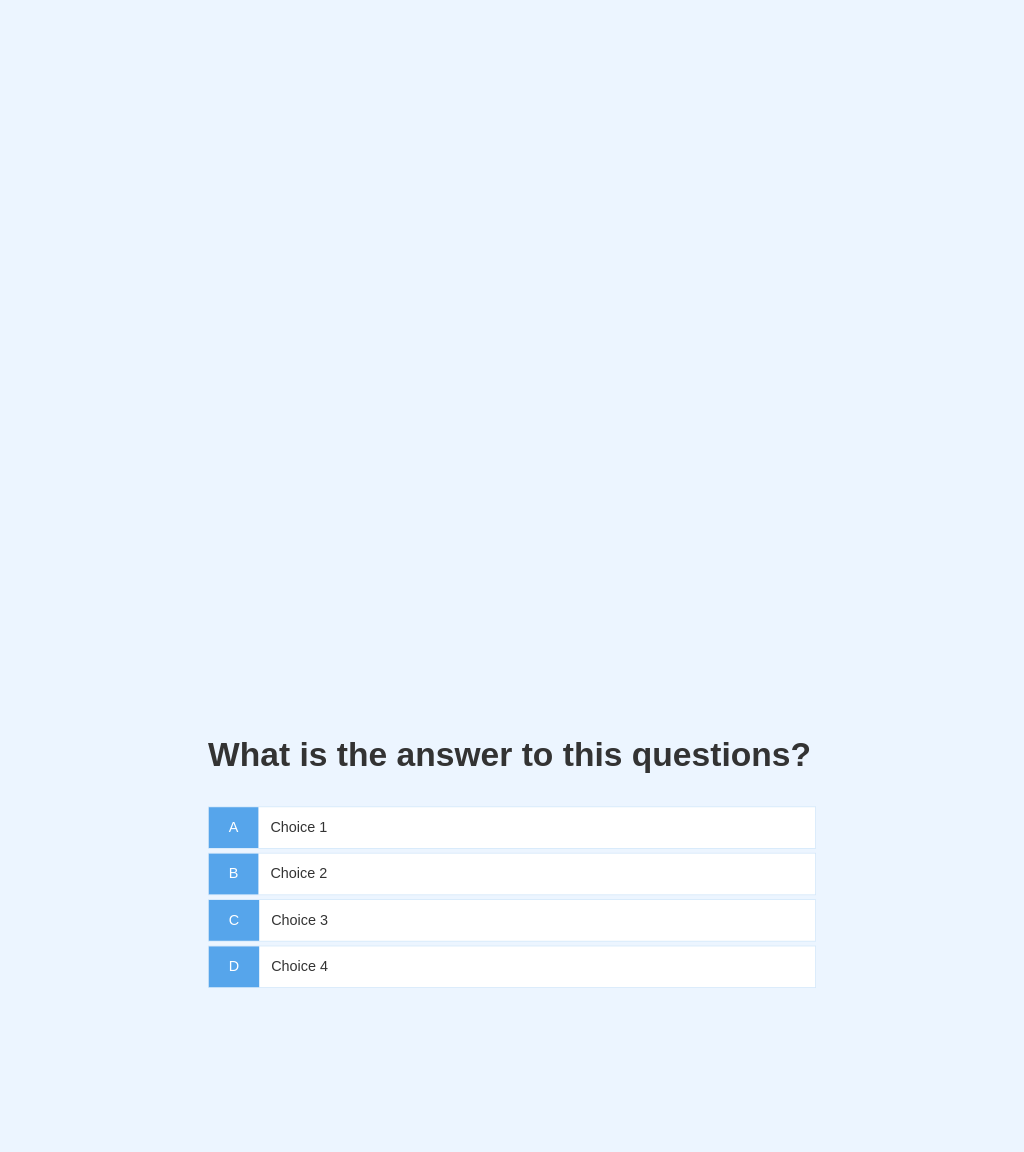
Repository: Q1ngQode/Briana-s-Quiz-App
Page: index.html
These files come from the project's save history. The page is drawn as it stood at one moment and after the next save; the edit follows.
The browser window is 1280 px wide. The pictures show the whole page, at 80% of full size.

Above is the page before, as saved 2022-08-08 22:34:50.

After the next save:
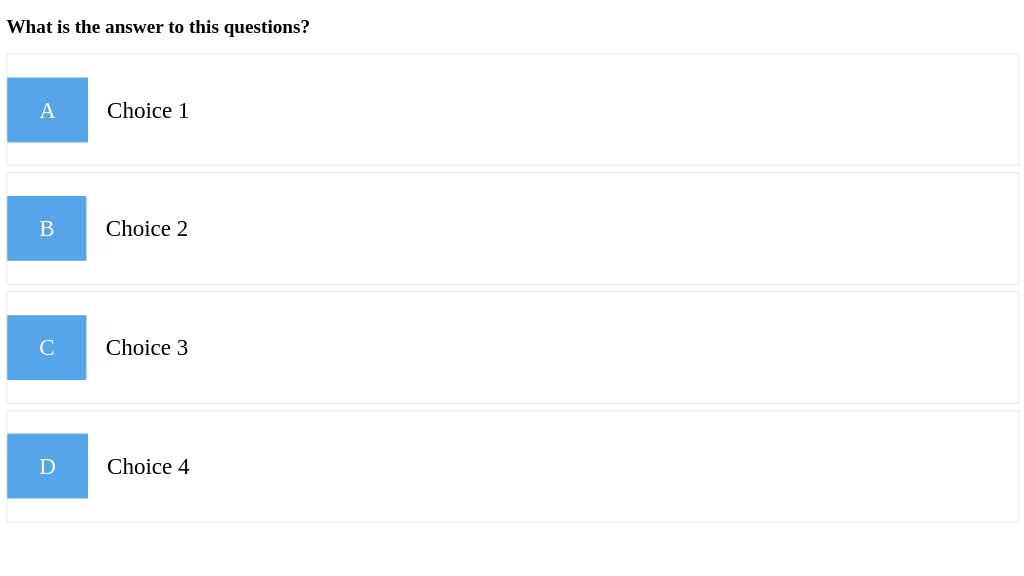
Saved 18 s later.
--- a/app.css
+++ b/app.css
@@ -1,110 +1,4 @@
 
-:root {
-    background-color: #ecf5ff;
-    font-size: 62.5%;
-  }
-
-  * {
-    box-sizing: border-box;
-    font-family: Arial, Helvetica, sans-serif;
-    margin: 0;
-    padding: 0;
-    color: #333;
-  }
-
-  h1,
-  h2,
-  h3,
-  h4 {
-    margin-bottom: 1rem;
-  }
-
-  h1 {
-    font-size: 5.4rem;
-    color: #56a5eb;
-    margin-bottom: 5rem;
-  }
-
-  h1 > span {
-    font-size: 2.4rem;
-    font-weight: 500;
-  }
-
-  h2 {
-    font-size: 4.2rem;
-    margin-bottom: 4rem;
-    font-weight: 700;
-  }
-
-  h3 {
-    font-size: 2.8rem;
-    font-weight: 500;
-  }
-
-  /* UTILITIES */
-
-  .container {
-    width: 100vw;
-    height: 100vh;
-    display: flex;
-    justify-content: center;
-    align-items: center;
-    max-width: 80rem;
-    margin: 0 auto;
-    padding: 2rem;
-  }
-
-  .container > * {
-    width: 100%;
-  }
-
-  .flex-column {
-    display: flex;
-    flex-direction: column;
-  }
-
-  .flex-center {
-    justify-content: center;
-    align-items: center;
-  }
-
-  .justify-center {
-    justify-content: center;
-  }
-
-  .text-center {
-    text-align: center;
-  }
-
-  .hidden {
-    display: none;
-  }
-
-  /* BUTTONS */
-  .btn {
-    font-size: 1.8rem;
-    padding: 1rem 0;
-    width: 20rem;
-    text-align: center;
-    border: 0.1rem solid #56a5eb;
-    margin-bottom: 1rem;
-    text-decoration: none;
-    color: #56a5eb;
-    background-color: white;
-  }
-
-  .btn:hover {
-    cursor: pointer;
-    box-shadow: 0 0.4rem 1.4rem 0 rgba(86, 185, 235, 0.5);
-    transform: translateY(-0.1rem);
-    transition: transform 150ms;
-  }
-
-  .btn[disabled]:hover {
-    cursor: not-allowed;
-    box-shadow: none;
-    transform: none;
-  }
   .choice-container {
     display: flex;
     margin-bottom: 0.5rem;
